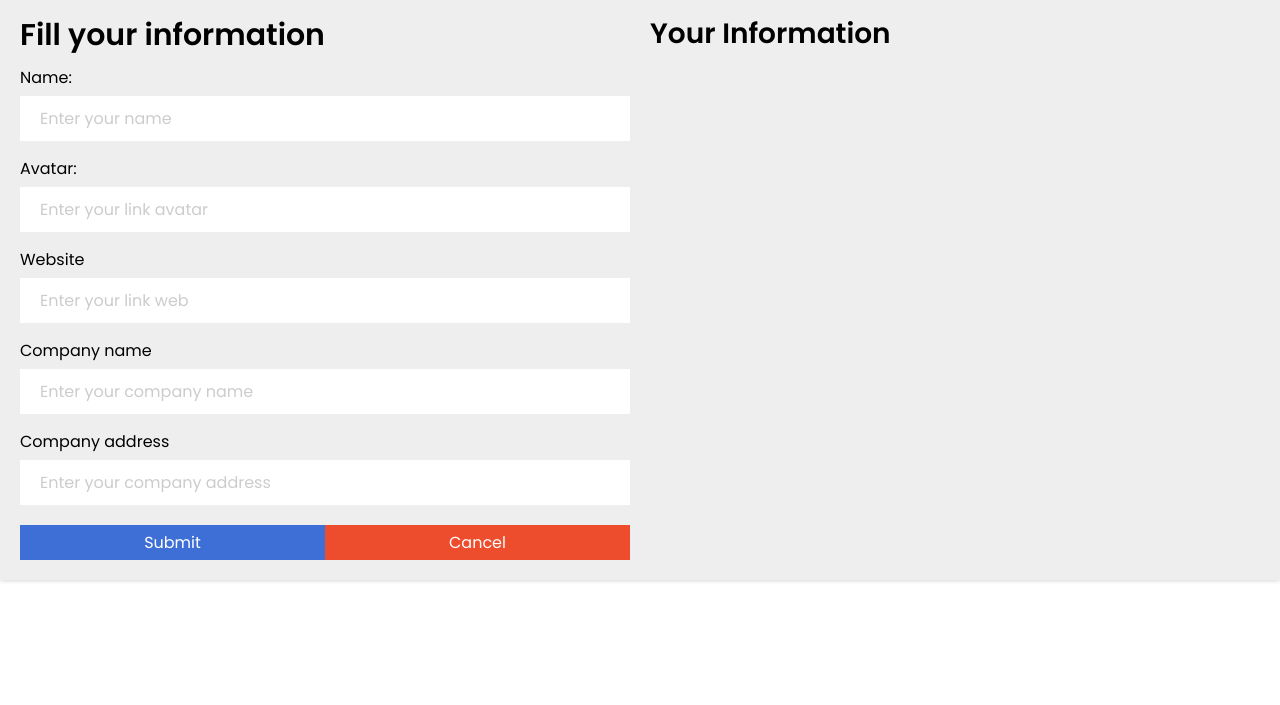
Repository: nttthao9/management
Page: index.html
An editor plug-in stored every save of this project. The page is shown before and after the next save, followed by the edit.
The browser window is 1280 px wide. The pictures show the whole page.
The page's requests for data from a server got no answer. Some web libraries are served in a nearby version.

Above is the page before, as saved 2021-10-14 16:30:50.

After the next save:
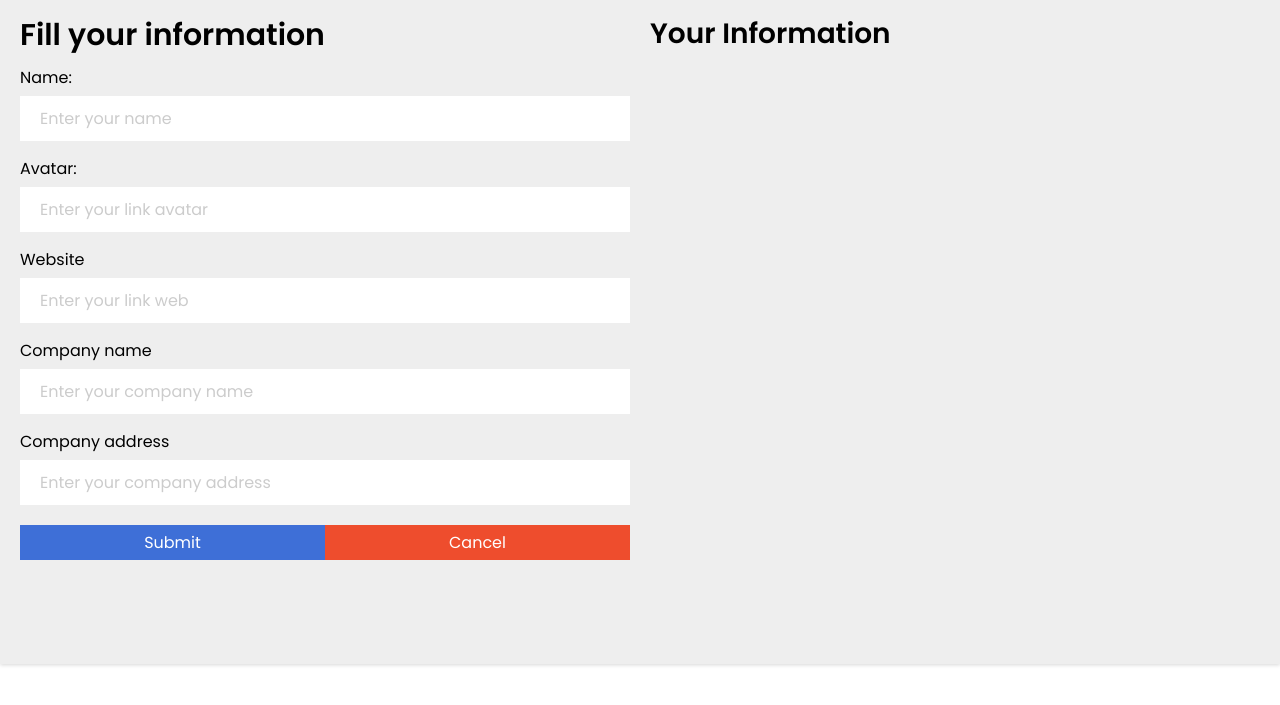
Saved 19 s later.
--- a/style.css
+++ b/style.css
@@ -162,7 +162,7 @@ input::placeholder {
   color: white;
 }
 .manage-infor {
-  height: 50vh;
+  height: 80vh;
   overflow-y: scroll;
 }
 #company-name {
